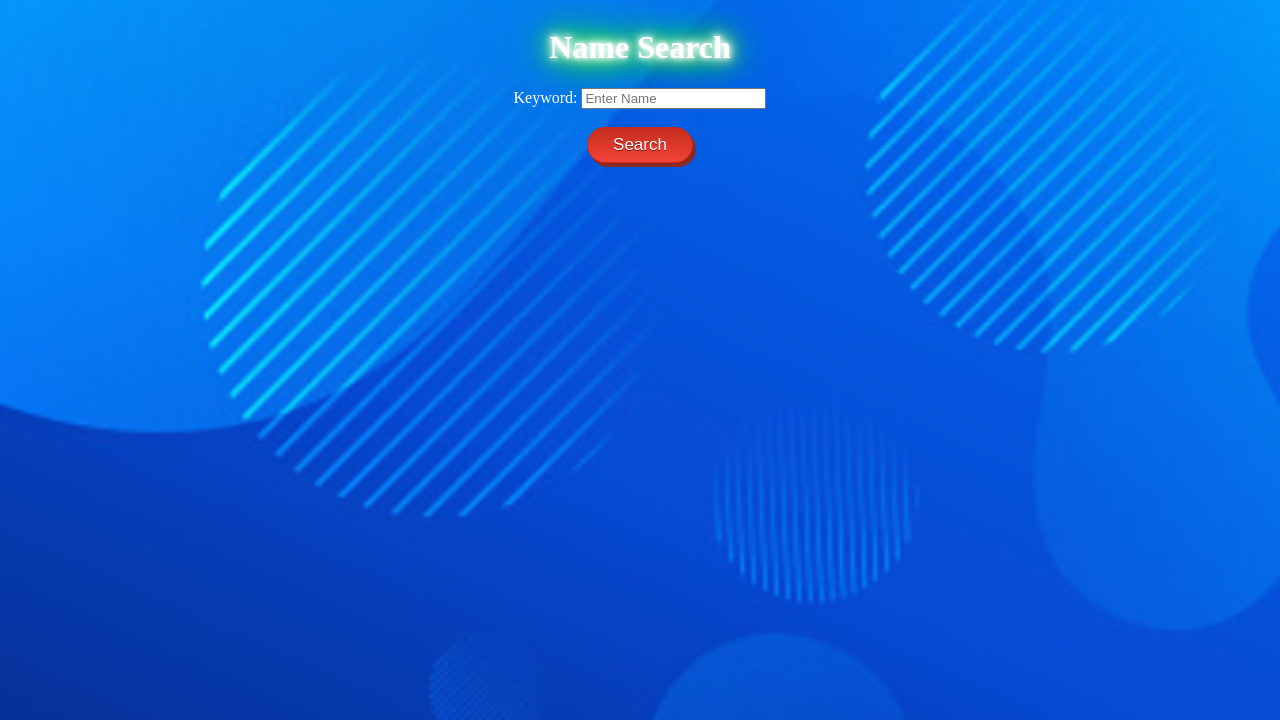
Repository: EricG831/egl1
Page: a3/index.html
The author's editor kept a record of every edit. The page is drawn from the files as they stood at one moment, then again after the next edit.
The browser window is 1280 px wide. The pictures show the whole page.

Above is the page before.

### a3/index.html

<!DOCTYPE html>
<html>

    <head>
        <title> Name Search </title>
        <script src="https://ajax.googleapis.com/ajax/libs/jquery/3.4.1/jquery.min.js"></script>
        <style>
            @import url("css/app.css");
        </style>
    </head>

    <body>
        <h1 id="demotext"> Name Search </h1>
        <form id="signupForm" method="get" onsubmit="buildGallery(); return false;">

            Keyword: <input class="enjoy-css" type="text" class="form-control" id="Descimages" placeholder="Enter Name"><br><br>
            </select><input type="submit" value="Search" class="myButton">
        </form>
        <br>
        <br>
        <div class="flex-container" id="images"></div>

        <script src="js/app.js"></script>
    </body>

</html>



<!--[{"name":"Mary","gender":"f","usages":[{"usage_code":"eng","usage_full":"English","usage_gender":"f"},-->
<!--{"usage_code":"eng-bibl","usage_full":"Biblical","usage_gender":"f"}]}]-->

### a3/css/app.css
body {
    color:white;
    text-align: center;
    background-image: url("../img/backgrounf.jpg");
    position:fixed;
    top:0px;
    bottom:0px;
    left:0px;
    right:0px;
    height: 100vh;
}

#demotext{
    color: white;
    text-shadow: 0 0 5px #FFF, 0 0 10px #FFF, 0 0 15px #FFF, 0 0 20px #49ff18, 0 0 30px #49FF18, 0 0 40px #49FF18, 0 0 55px #49FF18, 0 0 75px #49ff18;
}


.myButton {
	box-shadow: 3px 4px 0px 0px #8a2a21;
	background:linear-gradient(to bottom, #c62d1f 5%, #f24437 100%);
	background-color:#c62d1f;
	border-radius:18px;
	border:1px solid #d02718;
	display:inline-block;
	cursor:pointer;
	color:#ffffff;
	font-family:Arial;
	font-size:17px;
	padding:7px 25px;
	text-decoration:none;
	text-shadow:0px 1px 0px #810e05;
}
.myButton:hover {
	background:linear-gradient(to bottom, #f24437 5%, #c62d1f 100%);
	background-color:#f24437;
}
.myButton:active {
	position:relative;
	top:1px;
}

### a3/js/app.js
let buildGallery = function() {
    let q = $("#Descimages").val();
    var API_KEY = 'er829146479';
    var URL = "https://www.behindthename.com/api/lookup.json?name=" + q + "&key=er829146479";

    $.ajax({
        method: "GET",
        url: URL,
        dataType: "json",
        data: { "name": $("#name").val() },
        success: function(result, status) {
            if(result.error){
                let src = "img/error.png";
                $("#images").html(result.error);
                $("#images").append("<div class=\"img-thumbnail flex-item\"><img src=\"" + src + "\"></div>");
            }

            if(result[0].gender == "f"){
                //set text to pink or add image for female
                $("#images").html("Language: " + result[0].usages[0].usage_full + " ||  Gender: Female");
                let src = "img/fem.jpg"
                $("#images").append("<div class=\"img-thumbnail flex-item\"><img src=\"" + src + "\"></div>");
            } else if(result[0].gender == "m"){
                //set text to blue or add image for male
                $("#images").html("Language: " + result[0].usages[0].usage_full + " || Gender: Female");
                let src = "img/male.png";
                $("#images").append("<div class=\"img-thumbnail flex-item\"><img src=\"" + src + "\"></div>");
            } else {
                //set text to blue or add image for male
                $("#images").html("Language: " + result[0].usages[0].usage_full + " || Gender: Both, Female and Male");
                let src = "img/fm.png"
                $("#images").append("<div class=\"img-thumbnail flex-item\"><img src=\"" + src + "\"></div>");
            }
        }
    }); //ajax
}

// [{"name":"Mary","gender":"f",
// "usages":[{"usage_code":"eng","usage_full":"English","usage_gender":"f"},
//           {"usage_code":"eng-bibl","usage_full":"Biblical","usage_gender":"f"}]
// }]

After the next edit:
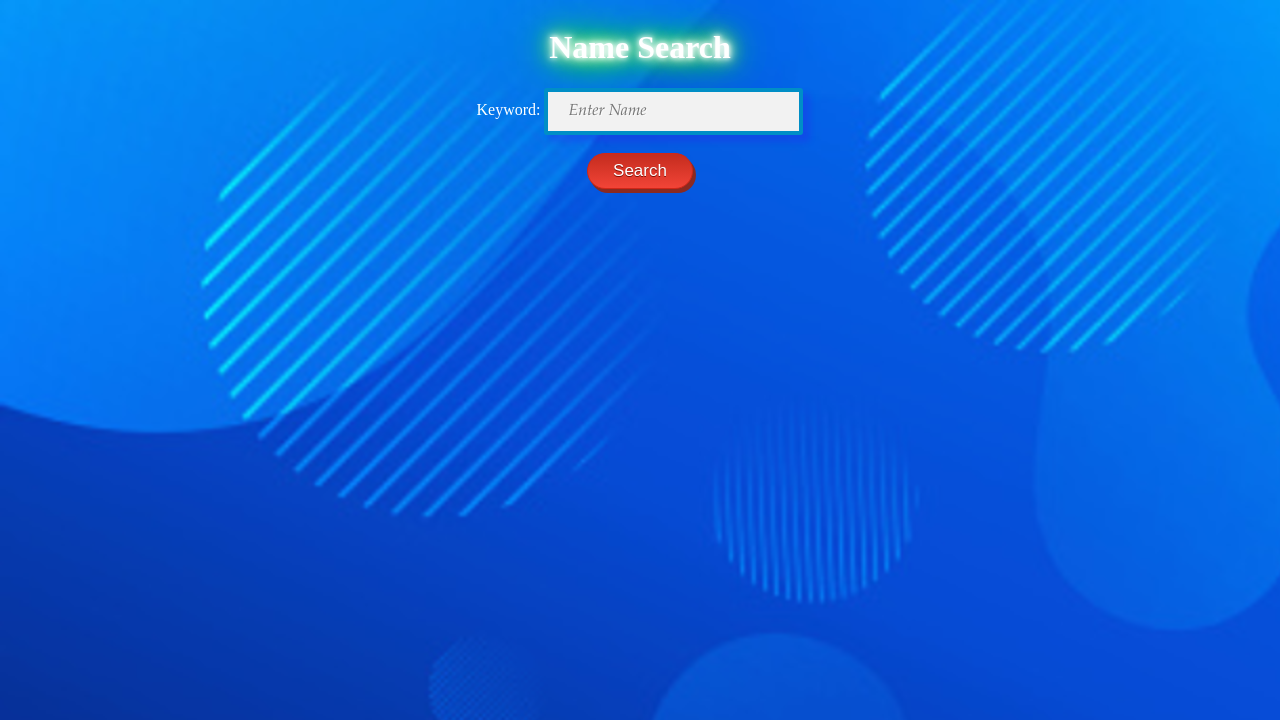
The edit:
--- a/a3/css/app.css
+++ b/a3/css/app.css
@@ -39,3 +39,26 @@ body {
 	position:relative;
 	top:1px;
 }
+
+.enjoy-css {
+  display: inline-block;
+  -webkit-box-sizing: content-box;
+  -moz-box-sizing: content-box;
+  box-sizing: content-box;
+  padding: 10px 20px;
+  border: 4px solid rgba(0,142,198,1);
+  -webkit-border-radius: 3px;
+  border-radius: 3px;
+  font: italic normal normal 16px/normal "Palatino Linotype", "Book Antiqua", Palatino, serif;
+  color: rgba(0,142,198,1);
+  -o-text-overflow: clip;
+  text-overflow: clip;
+  background: rgba(242,242,242,1);
+  -webkit-box-shadow: 6px 6px 6px 1px rgba(64,0,242,0.2) ;
+  box-shadow: 6px 6px 6px 1px rgba(64,0,242,0.2) ;
+  text-shadow: 1px 1px 0 rgba(255,255,255,0.66) ;
+  -webkit-transition: all 200ms cubic-bezier(0.42, 0, 0.58, 1);
+  -moz-transition: all 200ms cubic-bezier(0.42, 0, 0.58, 1);
+  -o-transition: all 200ms cubic-bezier(0.42, 0, 0.58, 1);
+  transition: all 200ms cubic-bezier(0.42, 0, 0.58, 1);
+}
